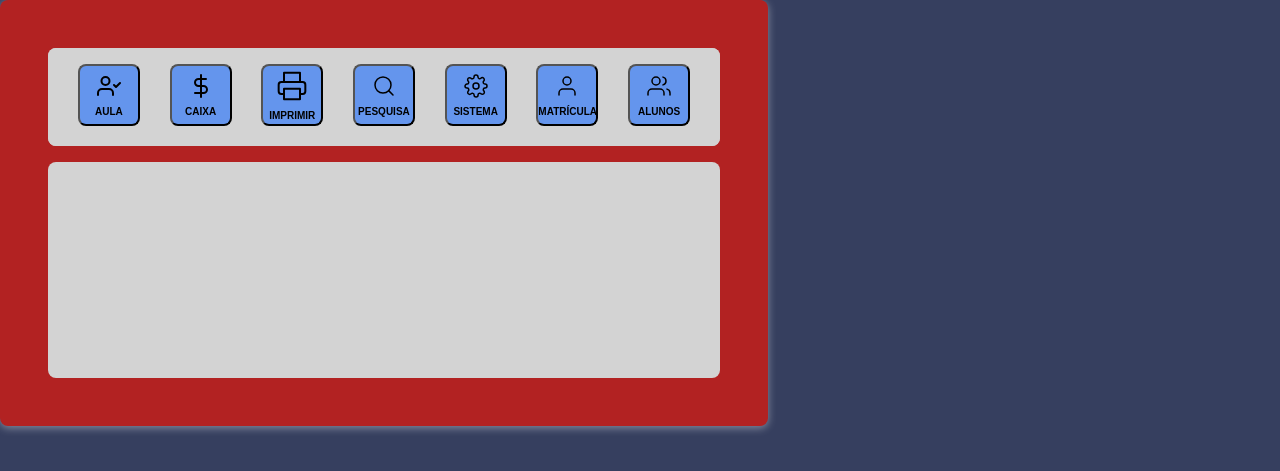
Repository: samantaProspero/projeto_integrador
Page: Versão Atual/PI_Vanila/index.html
The author's editor kept a copy of each file at every save. The page is drawn from the files as they stood at one save, then again after the next save.
The browser window is 1280 px wide. The pictures show the whole page.

Above is the page before, as saved 2021-11-06 12:22:40.
Not found: Versão Atual/PI_Vanila/js/script.js

### Versão Atual/PI_Vanila/index.html
<!DOCTYPE html>
<html lang="pt-BR">
<head>
  <meta charset="UTF-8">
  <meta http-equiv="X-UA-Compatible" content="IE=edge">
  <meta name="viewport" content="width=device-width, initial-scale=1.0">
  <link rel="stylesheet" type="text/css" href="_css/global.css">
  <link rel="stylesheet" type="text/css" href="_css/style.css">
  <title>D Lions</title>
</head>
<body id="home-container">
  <section class="home-content">
    <nav class="home-icons">
      <div class="home-header-painel">
        <div class="home-buttons">
          <button class="icon">
            <img id=logo src="assets/icons/aula.svg">
                <p>AULA</p>
          </button>
          <button class="icon">
            <img id=logo src="assets/icons/dollar.svg">
                <p>CAIXA</p>
          </button>
          <button class="icon">
            <img id=logo src="assets/icons/printer.svg">
                <p>IMPRIMIR</p>
          </button>
          <button class="icon">
            <img id=logo src="assets/icons/search.svg">
                <p>PESQUISA</p>
          </button>
          <button class="icon">
            <img id=logo src="assets/icons/settings.svg">
                <p>SISTEMA</p>
          </button>
          <button class="icon">
            <img id=logo src="assets/icons/user.svg">
                <p>MATRÍCULA</p>
          </button>
          <button class="icon">
            <img id=logo src="assets/icons/users.svg">
                <p>ALUNOS</p>
          </button>
        </div>
      </div>

    </nav>
    <div class="lista-alunos">
      <!-- <form id="form-login" action="">
        <div class="input-container">
          <label for="login">Login: </label>
          <input type="text" name="login" id="login">
        </div>
        <div class="input-container">
          <label for="senha">Senha:</label>
          <input type="text" name="senha" id="senha">
        </div>
        <div id="buttons-div">
        <input type="button" value="Login">
        <input type="button" value="Sair">
        </div>
      </form> -->
    </div>
  </section>
  <script src="js/script.js"></script>
</body>
</html>

    <!-- <Container>
      <Content>
        <Icons>
          <Buttons>
            <button type="button" onClick={()=> {}}>
              <Icon>
                <img src={user} alt="matricula" />
              </Icon>
              <p>MATRÍCULA</p>
            </button>
            <button type="button" onClick={()=> {}}>
              <Icon>
                <img src={users} alt="alunos" />
              </Icon>
              <p>ALUNOS</p>
            </button>
            <button type="button" onClick={()=> {}}>
              <Icon>
                <img src={aula} alt="aula" />
              </Icon>
              <p>AULA</p>
            </button>
            <button type="button" onClick={()=> {}}>
              <Icon>
                <img src={dollar} alt="caixa" />
              </Icon>
              <p>CAIXA</p>
            </button>
            <button type="button" onClick={()=> {}}>
              <Icon>
                <img src={printer} alt="print" />
              </Icon>
              <p>IMPRIMIR</p>
            </button>
            <button type="button" onClick={()=> {}}>
              <Icon>
                <img src={search} alt="pesquisa" />
              </Icon>
              <p>PESQUISA</p>
            </button>
            <button type="button" onClick={()=> {}}>
              <Icon>
                <img src={settings} alt="sistema" />
              </Icon>
              <p>SISTEMA</p>
            </button>
          </Buttons>
        </Icons>
        <ListaAlunos>
          {/* <table>
            <thead>
              <th>Código</th>
              <th>Nome</th>
              <th>Telefone</th>
              <th>Email</th>
            </thead>
            <tbody></tbody>
            <tr>
              <td>{cliente[0].codigo}</td>
              <td>{cliente[0].nome}</td>
              <td>{cliente[0].telefone}</td>
              <td>{cliente[0].email}</td>
            </tr>
            <tr>
              <td>{cliente[1].codigo}</td>
              <td>{cliente[1].nome}</td>
              <td>{cliente[1].telefone}</td>
              <td>{cliente[1].email}</td>
            </tr>
          </table> */}
        </ListaAlunos>
      </Content>
    </Container> -->

### Versão Atual/PI_Vanila/_css/global.css
  :root{
    --red: #E52E4D;
    --green: #33CC95;
    --blue: #5429CC;
    --blue-light: #6933FF;
    --text-title: #363F5F;
    --text-body: #969CB2;
    --background: #f0f2f5;
    --shape: #FFFFFF;
    --primary_dark: #363F5F;
  --secondary_dark: #000000;
    --primary: #FF0000;
    --bg_home: #B22222;
    --bg_cadastro:#A52A2A;
    --icon: #6495ED;
    --bg_frame: #D3D3D3;
  }
  /* font verdana 8 bold */

  *{
    margin: 0;
    padding: 0;
    box-sizing: border-box;
  }

  /* // font-size: 16px (Desktop) */
  html{
    @media (max-width: 1080px){
      font-size: 93.75%; //15px
    }
    @media (max-width: 720px){
      font-size: 87.5%;  //14px
    }
  }
  /* //REM = 1rem = 16px */
  body{
    background: var(--primary_dark);
    -webkit-font-smoothing: antialiased;
  }

  body, input, textarea, button {
    font-family: 'Poppins', sans-serif;
    font-weight: 400;
  }

  h1, h2, h3, h4, h5, h6, strong {
    font-weight: 600;
  }

  button {
    cursor: pointer;
  }



  /* [disabled] {
    opacity: 0.6;
    cursor: not-allowed;
  }

  .react-modal-overlay{
    background: rgba(0,0,0,0.5);
    position: fixed;

    top: 0;
    bottom: 0;
    right: 0;
    left: 0;

    display: flex;
    align-items: center;
    justify-content: center;
  }

  .react-modal-content{
    width: 100%;
    max-width: 576px;
    background: var(--background);
    padding: 3rem;
    position: relative;
    border-radius: 0.25rem;
  }

  .react-modal-close{
    position: absolute;
    right: 1.5rem;
    top: 1.5rem;
    border: 0;
    background: transparent;
    transition: 0.2s; */

    /* &:hover{
      filter: brightness(0.9)
    }
  } */

### Versão Atual/PI_Vanila/_css/style.css
.home-container {
width: 100vw;
height: 100vh;
background-color: rgb(0,0,0,0.8);
display: flex;
/* flex-direction: column; */
align-items: center;
justify-content: center;
}
.home-content {
width: 60vw;
max-width: 1000px;
/* margin: 0 auto; */
display: flex;
flex-direction: column;
justify-content: center;
align-items: center;
padding: 3rem;
border-radius: 8px;
background-color: var(--bg_home);
box-shadow: 0 2px 8px rgba(255, 255, 255,0.4);
}
.home-icons {
width: 100%;
display: flex;
flex-direction: rows;
justify-content: center;
align-items: flex-start;
}
.home-header-painel {
  width: 100%;
  background-color: var(--bg_frame);
  display: flex;
  flex-direction: row;
  flex: 1;
  justify-content: space-between;
  align-items: center;
  border-radius: 8px;
}
.home-buttons {
width: 100%;
background-color: var(--bg_frame);
display: flex;
justify-content: space-around;
align-items: flex-start;
padding: 15px;
border-radius:  8px;

padding-top: 0.7rem;
}
.home-buttons button{
  width: 62px;
  height: 62px;
  margin: 5px;
  border-radius:  8px;
  background-color: var(--icon);
}

.home-buttons p{
    font-weight: bold;
    font-size: 10px;
    padding-top: 5px;
  }

.lista-alunos {
width: 100%;
height: 30vh;
background-color: var(--bg_frame);
display: flex;
justify-content: center;
align-items: flex-start;
border-radius: 8px;
margin-top: 1rem;
padding-top: 1rem;
}

After the next save:
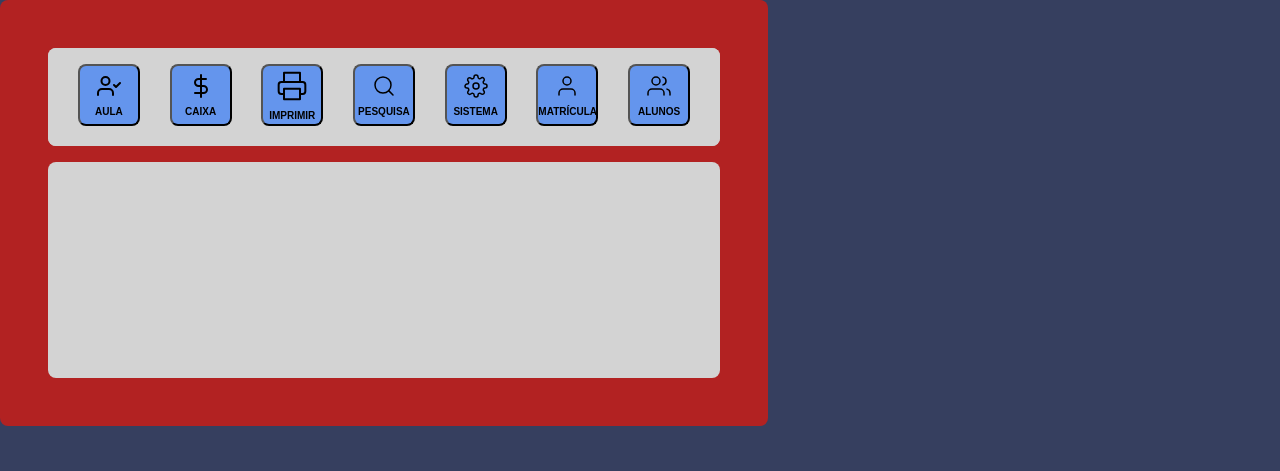
Saved 4 s later.
--- a/Versão Atual/PI_Vanila/_css/style.css
+++ b/Versão Atual/PI_Vanila/_css/style.css
@@ -18,7 +18,7 @@ align-items: center;
 padding: 3rem;
 border-radius: 8px;
 background-color: var(--bg_home);
-box-shadow: 0 2px 8px rgba(255, 255, 255,0.4);
+/* box-shadow: 0 2px 8px rgba(255, 255, 255,0.4); */
 }
 .home-icons {
 width: 100%;
